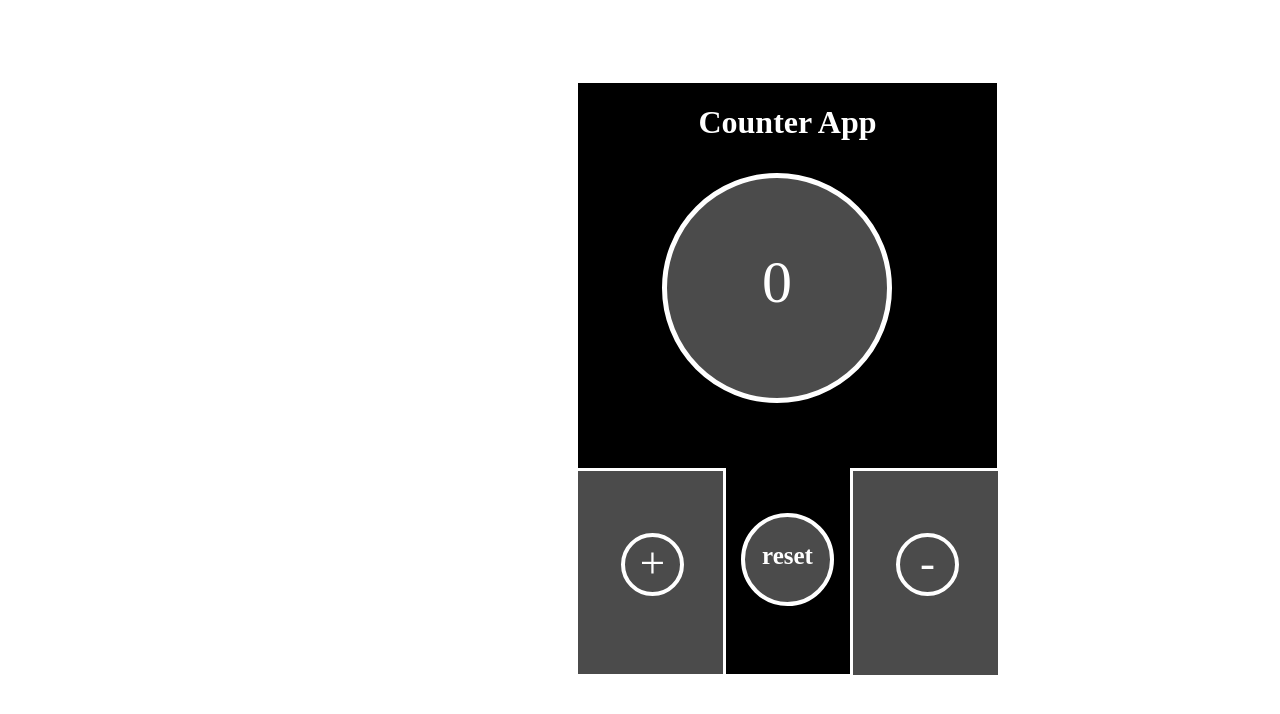
Repository: sara55m/Counter_App
Page: index.html
The author's editor kept a copy of each file at every save. The page is drawn from the files as they stood at one save, then again after the next save.
The browser window is 1280 px wide. The pictures show the whole page.

Above is the page before, as saved 2024-08-01 04:01:59.

### index.html
<!DOCTYPE html>
<html lang="en">
<head>
    <meta charset="UTF-8">
    <meta name="viewport" content="width=device-width, initial-scale=1.0">
    <title>Document</title>
    <link rel="stylesheet" href="css/style.css">
</head>
<body>
    <div class="container">
        <h1>Counter App</h1>
        <div class="main" id="main"><p class="one" id="one"></p></div>
        <div class="increase" id="increase" onclick="increase()"><div class="increase2">+</div></div>
        <div class="decrease" id="decrease" onclick="decrease()"><div class="decrease2">-</div></div>
        <div class="reset" onclick="reset_1()"><p class="third">reset</p></div>
    </div>
    <script src="js/script.js"></script>
</body>
</html>

### css/style.css
.container{
    position: absolute;
    top:80px;
    left:575px;
    height:591px;
    width:419px;
    background-color: black;
    border:3px solid white;
}
h1{
    text-align: center;
    color:white;
    margin-bottom: 10px;
}
p.one{
    text-align: center;
    font-size: 60px;

}

.main{
    position:absolute;
    top:90px;
    left:84px;
    height:200px;
    width:200px;
    border:5px solid white;
    background-color:#4b4b4b;
    font-size: 50px;
    padding:10px;
    color:white;
    border-radius:50%;


}

.increase{
    position:absolute;
    top:385px;
    left:0px;
    height:203px;
    width:145px;
    background-color:#4b4b4b;
    border-top:3px solid white;
    border-right: 3px solid white;

}

.increase .increase2{
    position:absolute;
    top:62px;
    left:43px;
    height:55px;
    width:55px;
    border-radius: 50%;
    border:4px solid white;
    background-color:#4b4b4b;
    text-align: center;
    font-size: 45px;
    color:white;
}

.decrease{
    position:absolute;
    top:385px;
    left:272px;
    background-color:#4b4b4b;
    height:204px;
    width:145px;
    border-top:3px solid white;
    border-left: 3px solid white;

}
.decrease .decrease2{
    position:absolute;
    top:62px;
    left:43px;
    height:55px;
    width:55px;
    border-radius: 50%;
    border:4px solid white;
    background-color:#4b4b4b;
    text-align: center;
    font-size: 45px;
    color:white;
}

.reset{
    position:absolute;
    top:430px;
    left:163px;
    height:85px;
    width:85px;
    border-radius: 50%;
    background-color:#4b4b4b;
    font-weight: bolder;
    border:4px solid white;

}

p.third{
    font-size: 25px;
    text-align: center;
    color:white;
}

### js/script.js
let count=0;
document.getElementById("one").innerHTML=count;
function increase(){
    count+=1;
    document.getElementById("one").innerHTML=count;
}

function reset_1(){
    count=0;
    document.getElementById("one").innerHTML=count;
}

count=0;
document.getElementById("one").innerHTML=count;
function decrease(){
    count-=1;
    document.getElementById("one").innerHTML=count;

}

After the next save:
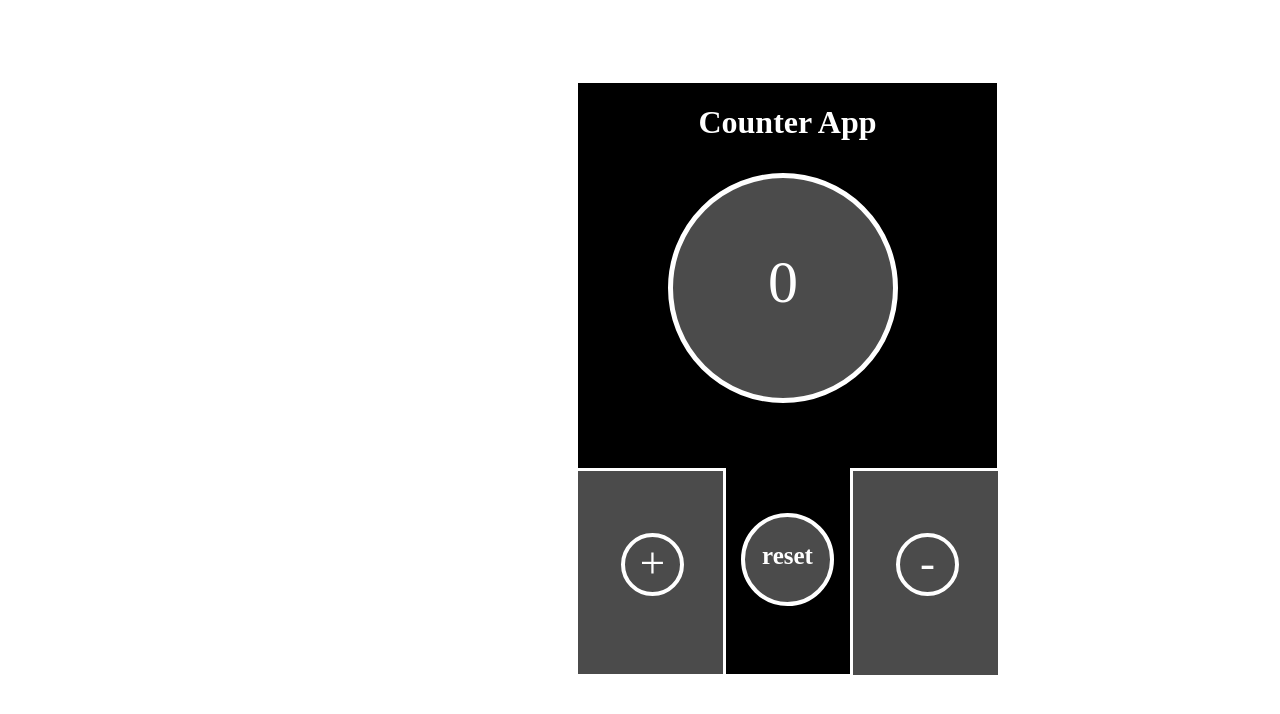
Saved 34 s later.
--- a/css/style.css
+++ b/css/style.css
@@ -21,7 +21,7 @@ p.one{
 .main{
     position:absolute;
     top:90px;
-    left:84px;
+    left:90px;
     height:200px;
     width:200px;
     border:5px solid white;
